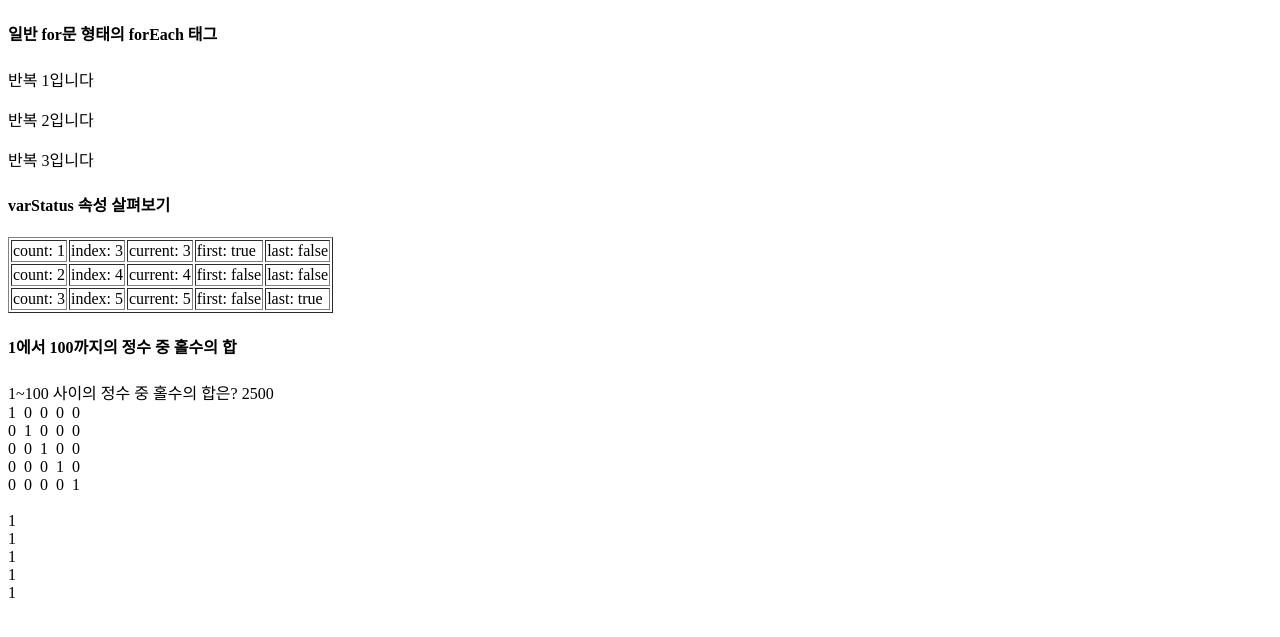
Repository: Motibidu/JSP_Servlet
Page: http://localhost/MushHaveJsp/11JSTL/core/ForEachNormal.jsp
The author's editor kept a copy of each file at every save. The page is drawn from the files as they stood at one save, then again after a run of saves.
The browser window is 1280 px wide. The pictures show the whole page.
The page is served by Tomcat 10.

Above is the page before, as saved 2025-05-13 02:31:37.

After the next 2 saves:
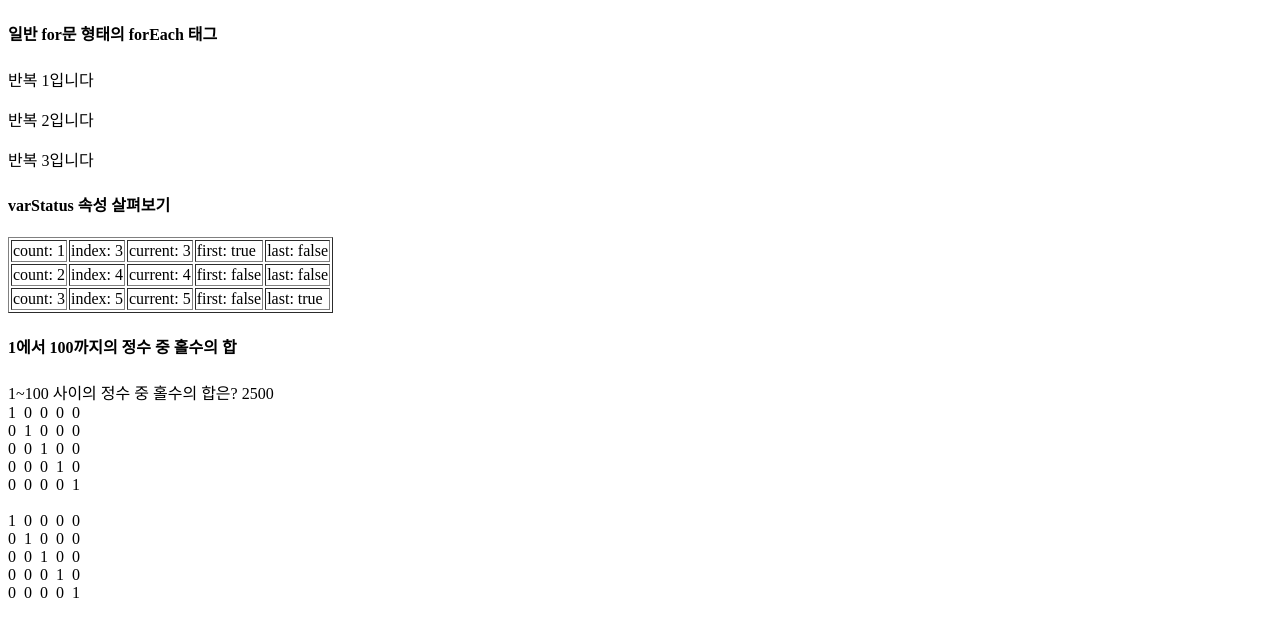
The 2 saves are shown as one change because they came seconds apart.
The last was saved 39 s later.
--- a/MushHaveJsp/src/main/webapp/11JSTL/core/ForEachNormal.jsp
+++ b/MushHaveJsp/src/main/webapp/11JSTL/core/ForEachNormal.jsp
@@ -56,7 +56,7 @@
 
 			<c:choose>
 				<c:when test= "${ i eq j }">1&nbsp;</c:when>
-				<c:when test= "${ not result }">0&nbsp;</c:when>
+				<c:otherwise>0&nbsp;</c:otherwise>
 			</c:choose>
 		</c:forEach>
 		<br/>
